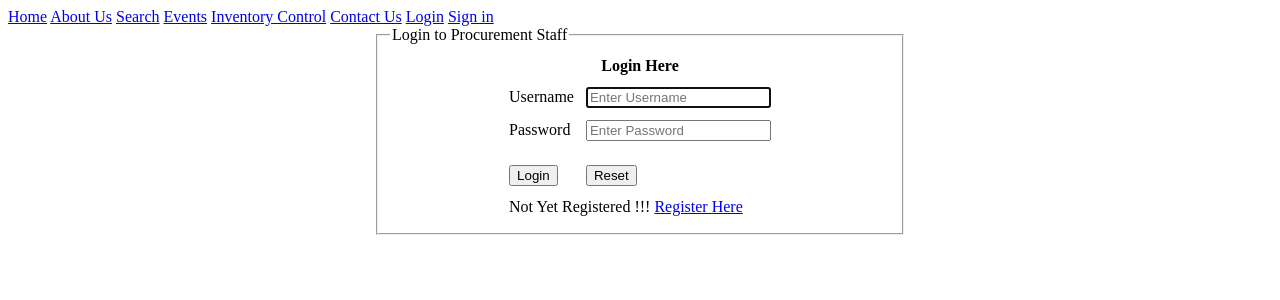
Repository: nirmaniPathiranage/CSSE-Procurement-Management
Page: http://localhost/Item_Management/Login.jsp
The author's editor kept a copy of each file at every save. The page is drawn from the files as they stood at one save, then again after the next save.
The browser window is 1280 px wide. The pictures show the whole page.
The page is served by Tomcat 9.

Above is the page before, as saved 2019-09-29 17:36:53.

After the next save:
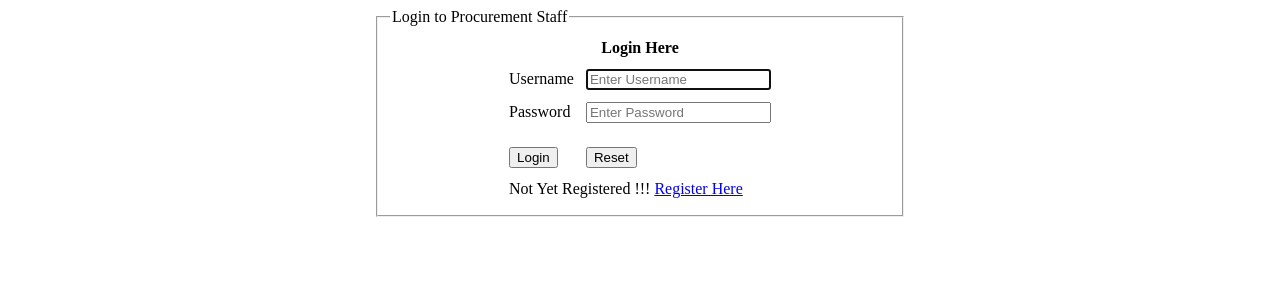
Saved 40 s later.
--- a/Item_Management/WebContent/Login.jsp
+++ b/Item_Management/WebContent/Login.jsp
@@ -21,19 +21,6 @@
 </script>
 </head>
 <body>
-
-<div class = "topnav">
-<a class = "active"  href="HomePage.jsp">Home</a>
-			<a href="###">About Us</a>
-			<a href="###">Search</a>
-			<a href="###">Events</a>
-			<a href="Login.jsp">Inventory Control</a>
-			<a href="###">Contact Us</a>
-			<font align:right>
-			<a href="Login.jsp">Login</a>
-			<a href="Register.jsp">Sign in</a>
-			</font>
-</div>
 <form name="form" action="LoginServlet" method="post"
 		onSubmit="return validate();">
 		<center>
